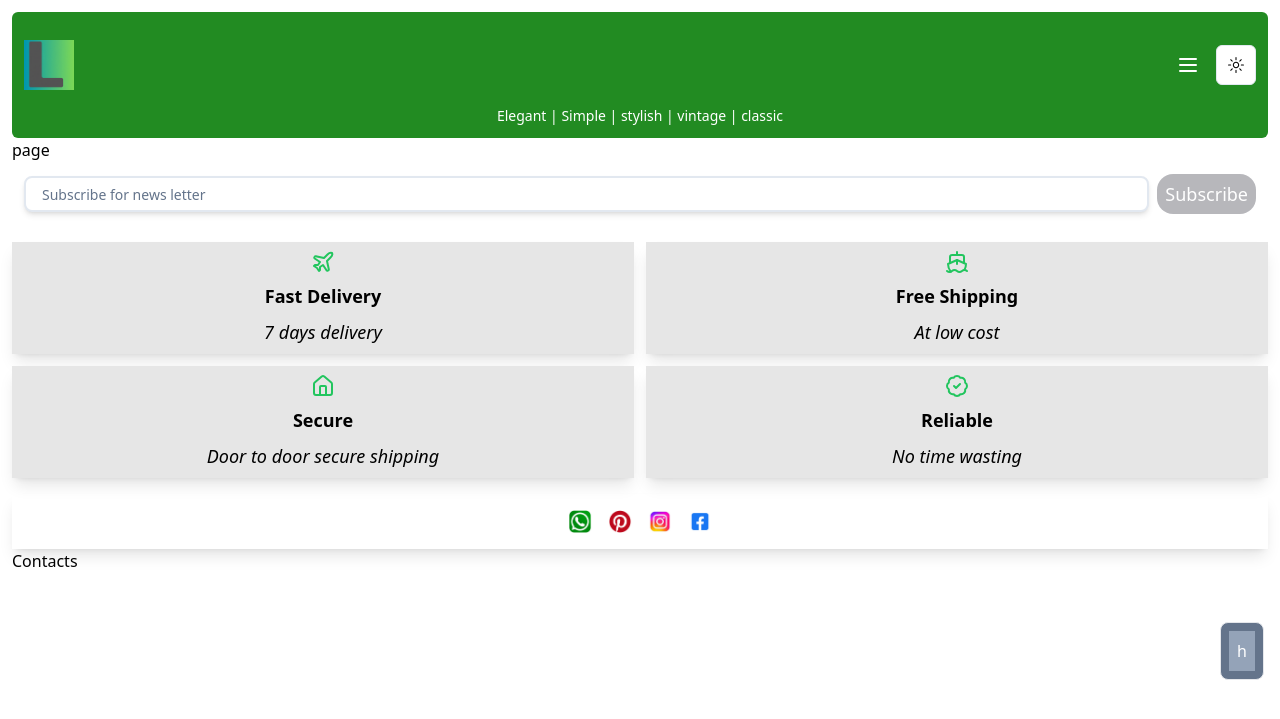
Repository: Semanmernstack/bisi-abejide
Page: /bb
An editor plug-in stored every save of this project. The page is shown before and after the next save, followed by the edit.
The browser window is 1280 px wide. The pictures show the whole page.
The project was rebuilt for these pictures with package versions that can differ from the ones it lists, and the page was loaded fresh each time. The framework's server and built-in components were replaced by stand-ins that run in the browser. Also part of the build but not shown: next.config.mjs.

Above is the page before, as saved 2024-04-19 00:44:55.

After the next save:
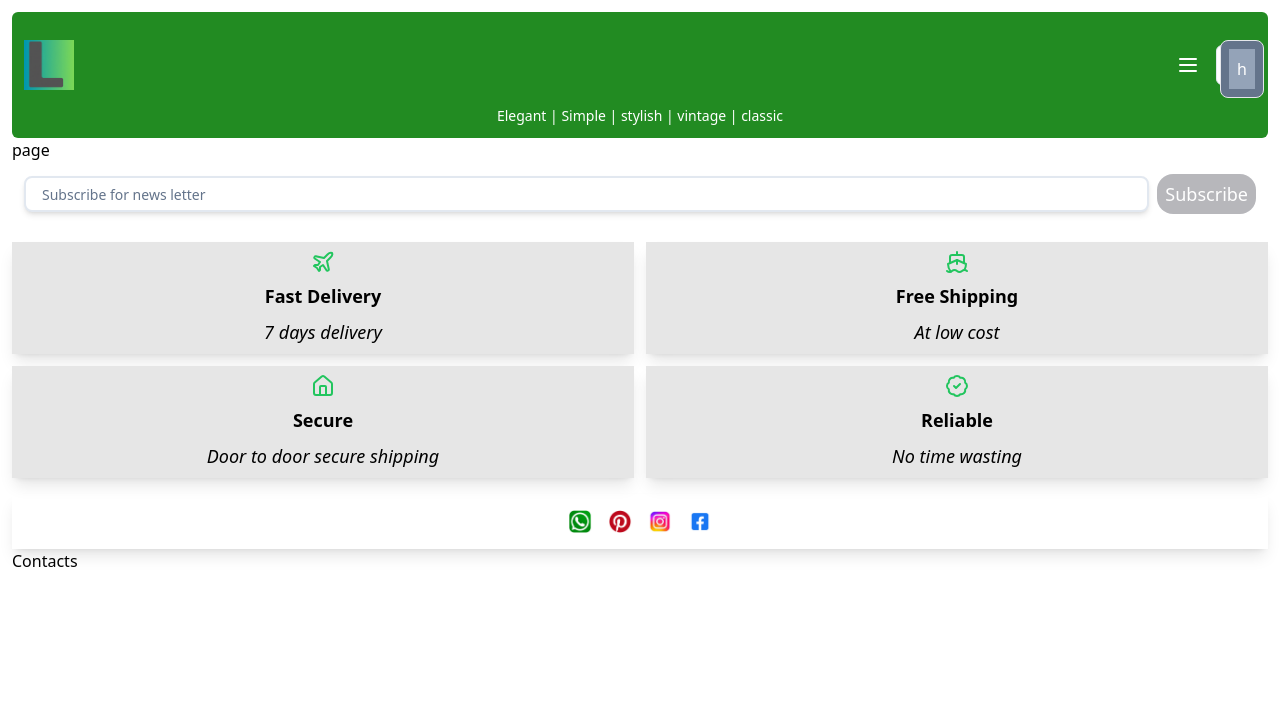
Saved 14 s later.
--- a/components/SubAi.tsx
+++ b/components/SubAi.tsx
@@ -21,7 +21,7 @@ function SubAi() {
   transition={{
       duration: 1,
   }}
-       className='flex items-center justify-between right-4 bottom-10 z-50 fixed  bg-slate-500 rounded-lg text-white  max-w-2xl border p-2 '  >
+       className='flex items-center justify-between right-4 top-10 z-50 fixed  bg-slate-500 rounded-lg text-white  max-w-2xl border p-2 '  >
 
 
 
